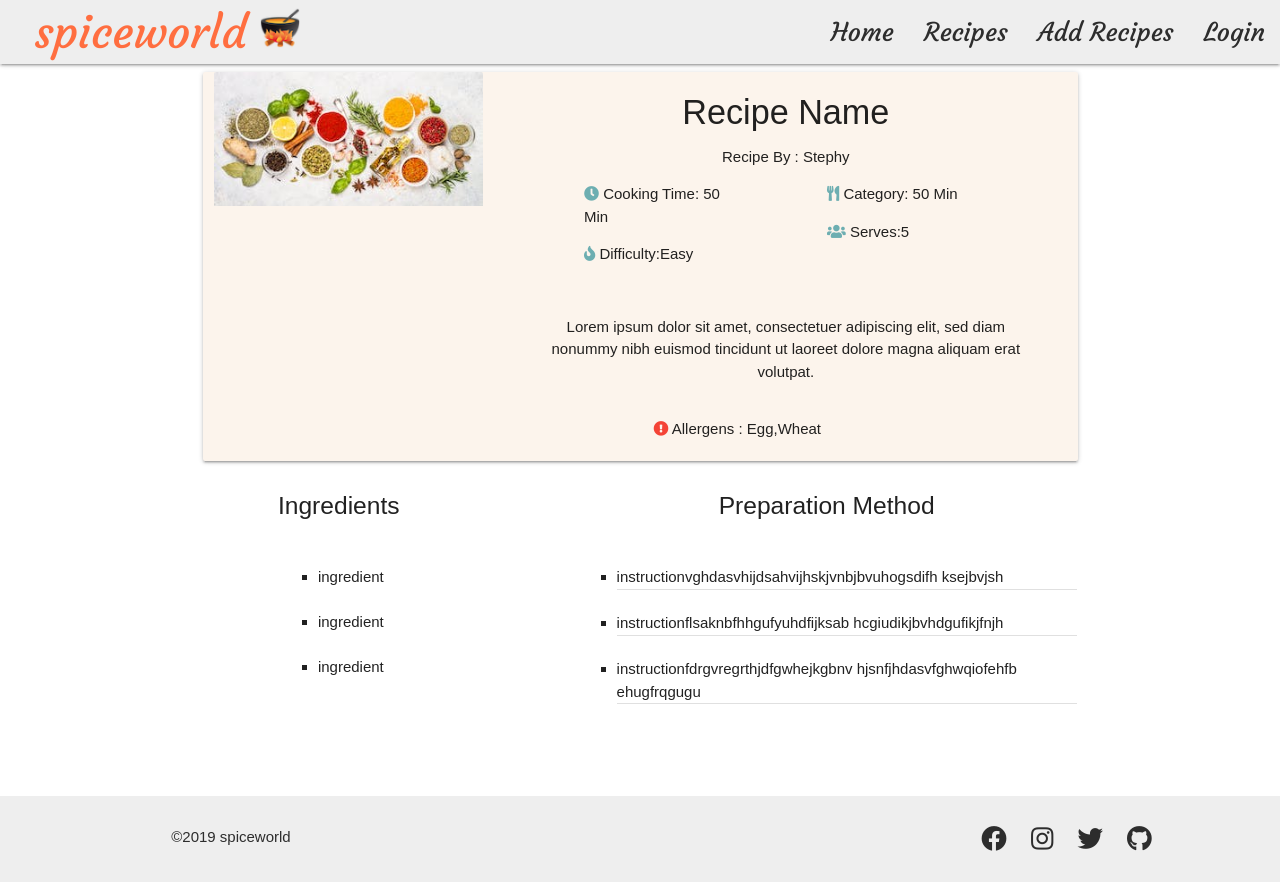
Repository: stephyraju/spiceworld
Page: http://localhost/view_recipes
The author's editor kept a record of every edit. The page is drawn from the files as they stood at one moment, then again after the next edit.
The browser window is 1280 px wide. The pictures show the whole page.
Some web libraries are served in a nearby version. The page is served by the project's application, run on Flask 3 (app.py). Queries for data that is not in the repository find no rows.

Above is the page before.

### templates/view.html
{% extends 'base.html' %} {% block content %}

<section class="section-container">
    <div class="container recipe-view">
        <div class="row card recipe-card">
            <div class="col s12 l4 center-align card-image">
                <img height="400" width="375" src="{{ url_for('static', filename='images/sidenav.png') }}" alt="recipe image" class="responsive-img materialboxed">
            </div>
            <div class="col s12 l8 center-align">
                <div class="recipe-header">
                    <h4>Recipe Name </h4>
                </div>
                <div class="author">
                    Recipe By : Stephy
                </div>
                <div class="row ">
                    <div class="col s5 offset-s1 left-align">
                        <div>
                            <p> <i class="fas fa-clock" style="color:rgb(109, 174, 177);"></i> Cooking Time: 50 Min
                            </p>
                        </div>

                        <div>
                            <p> <i class="fas fa-fire" style="color:rgb(109, 174, 177);"></i> Difficulty:Easy
                            </p>
                        </div>
                    </div>
                    <div class="col s5 left-align">
                        <div>
                            <p> <i class="fas fa-utensils" style="color:rgb(109, 174, 177);"></i> Category: 50 Min
                            </p>
                        </div>
                        <div>
                            <p> <i class="fas fa-users" style="color:rgb(109, 174, 177);"></i> Serves:5
                            </p>
                        </div>
                    </div>
                </div>
                <div class="row">
                    <div class="col s12 recipe-description">
                        <p>Lorem ipsum dolor sit amet, consectetuer adipiscing elit, sed diam nonummy nibh euismod tincidunt ut laoreet dolore magna aliquam erat volutpat.
                    </div>
                </div>
                <div class="row">
                <div class="col s10 ">
                 <i class="fas fa-exclamation-circle red-text"></i>
                 Allergens : Egg,Wheat
                </div>
                </div>
</section>
<section id="Ingredients-Preparation">
    <div class="container">
        <div class="row ">
            <!-- ingredient -->
            <div class="col s12 m4 offset-s1 offset-m1 ingredients">
                <div class="row">
                    <div class="col s12 ingredients">
                        <h5>Ingredients</h5>
                        <br>
                        <ol>
                            <li>
                                ingredient
                            </li>
                            <br>
                            <li>
                                ingredient
                            </li>
                            </br>
                            <li>
                                ingredient
                            </li>
                        </ol>
                    </div>
                </div>
            </div>
            <!-- Preparation -->
            <div class="col s12  m7 preparation">
                <div class="row">
                    <div class="col s12">
                        <h5 class="center">Preparation Method</h5>
                        <br>
                        <ol>
                            <li>
                                instructionvghdasvhijdsahvijhskjvnbjbvuhogsdifh ksejbvjsh
                            </li>
                            <div class="divider"></div>
                            <br>
                            <li class="collection-item">
                                instructionflsaknbfhhgufyuhdfijksab hcgiudikjbvhdgufikjfnjh
                            </li>
                            <div class="divider"></div>
                            <br>
                            <li class="collection-item">
                                instructionfdrgvregrthjdfgwhejkgbnv hjsnfjhdasvfghwqiofehfb ehugfrqgugu
                            </li>
                            <div class="divider"></div>
                        </ol>

                    </div>
                </div>
            </div>
        </div>
    </div>
    </div>
    </div>
</section>
<section>
    <div class="container recipe-view">
        <div class="row card recipe-card">
        </div>
    </div>
</section>
<section>
<div class="row">
<div class="col s6">
</div>
<div class="col s12">
</div>
</div>
</section>
{% endblock %}

### templates/base.html
<!DOCTYPE html>
<html lang="en">

<head>
  <meta charset="UTF-8">
  <meta name="viewport" content="width=device-width, initial-scale=1.0">
  <meta http-equiv="X-UA-Compatible" content="ie=edge">
  <title>spiceworld</title>

  <!--Import Google Icon Font-->
  <link href="https://fonts.googleapis.com/icon?family=Material+Icons" rel="stylesheet">
  <!--Font Awesome-->
  <link rel="stylesheet" href="https://use.fontawesome.com/releases/v5.8.2/css/all.css" integrity="sha384-oS3vJWv+0UjzBfQzYUhtDYW+Pj2yciDJxpsK1OYPAYjqT085Qq/1cq5FLXAZQ7Ay" crossorigin="anonymous">
  <!--Materialize CSS-->
  <link rel="stylesheet" href="https://cdnjs.cloudflare.com/ajax/libs/materialize/1.0.0/css/materialize.min.css">
  <!--CSS-->
  <link rel="stylesheet" href="{{ url_for('static', filename='css/style.css')}}" type="text/css" />

</head>

<body>

  <!--Header-->
  <header class="navbar-fixed">
    <nav>
      <div class="nav-wrapper grey lighten-3">
        <a href="#" class="brand-logo">spiceworld <img class="hide-on-med-and-down" src="{{ url_for('static', filename='images/logo.png') }}"></a>
        <a href="#" data-target="mobile-sidenav" class="sidenav-trigger"><i class="fas fa-bars"></i></a>
        <ul id="nav-mobile" class="right hide-on-med-and-down">
          <li><a href="{{ url_for('index') }}">Home</a></li>
          <li><a href="{{ url_for('get_recipes') }}">Recipes</a></li>
          <li><a href="{{ url_for('add_recipe') }}">Add Recipes</a></li>
          <li><a href="collapsible.html">Login</a></li>

        </ul>
      </div>
    </nav>
  </header>
  <!--Sidenav-->
  <ul class="sidenav" id="mobile-sidenav">
    <img class="responsive-img" src="{{ url_for('static', filename='images/sidenav.png') }}" alt="spices-image">

    <li><a class="active" href="#">Home</a></li>
    <li><a href="#!">Recipes</a></li>

    <li><a href="#">Login</a></li>
    <li><a class="waves-effect" href="#!">Third Link With Waves</a></li>
  </ul>

  <main>
    {% block content %}
    {% endblock %}
  </main>

  <footer class="page-footer grey lighten-3">

     <div class="row footer-content">
        <div class="col s5 m6">
          <div class="copyright">&copy;2019 spiceworld</div>
        </div>
        <div class="col s7 m3">
                    <a href="https://www.facebook.com/" target="_blank"><i class="fab fa-facebook social-icon"></i></a>
                    <a href="https://www.instagram.com/" target="_blank"><i class="fab fa-instagram social-icon"></i></a>
                    <a href="https://www.twitter.com/" target="_blank"><i class="fab fa-twitter social-icon"></i></a>
                    <a href="https://github.com/stephyraju" target="_blank"><i class="fab fa-github social-icon"></i></a>
        </div>

      </div>

  </footer>

  <script src="https://code.jquery.com/jquery-3.4.0.slim.js" integrity="sha256-milezx5lakrZu0OP9b2QWFy1ft/UEUK6NH1Jqz8hUhQ=" crossorigin="anonymous"></script>
  <script src="https://cdnjs.cloudflare.com/ajax/libs/materialize/1.0.0/js/materialize.min.js"></script>
  <script src="{{ url_for('static', filename='js/main.js') }}"></script>
</body>

</html>

### app.py
import os
from flask import Flask, render_template, redirect, request, url_for
from flask_pymongo import PyMongo
from bson.objectid import ObjectId

# declaring app name
app = Flask(__name__)

app.config["MONGO_DBNAME"] = 'cook_book'
app.config["MONGO_URI"] = os.getenv('MONGO_URI', 'mongodb://localhost')

mongo = PyMongo(app)

@app.route('/')
@app.route('/index')
def index():
     return render_template("index.html", recipes=mongo.db.recipes.find())

#@app.route('/get_recipes',methods=['POST','GET'])
#def get_recipes():
 #   return render_template("recipes.html", recipes=mongo.db.recipes.find())

@app.route("/get_recipes", methods=['POST', 'GET'])
def get_recipes():
    return render_template('recipes.html',
                         recipes=mongo.db.recipes.find(),
                         categories = mongo.db.categories.find())


@app.route('/add_recipe')
def add_recipe():
     return render_template("addrecipe.html",
               recipes=mongo.db.recipes.find(),
               categories = mongo.db.categories.find(),
               cuisines=mongo.db.cuisines.find(),
               difficulty=mongo.db.difficulty.find(),
               allergens=mongo.db.allergens.find())


@app.route('/insert_recipe', methods=['POST'])
def insert_recipe():
    print(request.form)
    print(request.form.getlist('ingredients[]'))
    print(request.form.to_dict())
    recipes = mongo.db.recipes
    data = request.form.to_dict()
    data.update({'ingredients':request.form.getlist('ingredients[]')})
    del data['ingredients[]']
    recipes.insert_one(data)
    return redirect(url_for('get_recipes'))

@app.route('/view_recipes', methods=['GET'])
def view_recipes():
     return render_template("view.html",
               categories=mongo.db.categories.find())


if __name__ == '__main__':
    app.run(host=os.environ.get('IP'),
            port=int(os.environ.get('PORT')),
            debug=True)

### static/css/style.css
@import url('https://fonts.googleapis.com/css?family=Courgette&display=swap');

body {
  background-color: F0F0F0;
  font-family: 'ProximaNova Regular', sans-serif;
  display: flex;
  flex-direction: column;
  min-height: 100vh;
  overflow-x: hidden;
}
.section-container {
  max-width: 100%;
  margin-left: auto;
  margin-right: auto;
  padding-left: 15px;
  padding-right: 15px;
  border-radius: 5px;
}
/* -------- Nav Bar ----------*/

nav {
     font-family: 'Courgette';
}

nav .brand-logo {
    color: #ff6e40;
    font-size: 3rem;
    font-family: 'Courgette', cursive;
    -webkit-transition: 0.2s;
    -o-transition: 0.2s;
    transition: 0.2s;
}

@media screen and (min-width: 993px){
nav .brand-logo {
    margin-left: 2.3rem;
}
}
nav ul a {
  color:#2d2d2d;
  font-size: 1.7rem;
  font-family: 'Courgette';
}
nav ul a:hover,
nav ul .active {
  color:#76c14f;
}
.fa-bars{
  color: #ff6e40;
}

/*--------Title----------*/

.title-container{
  position: relative;
  text-align: center;
  color: white;
  width:100%;
  margin-top: 20px;
}
.title-container img{
    display: block;
    width: 100%;
    height: 25vh;
    object-fit: cover;
    border-radius: 5px;
}

.intro-content{
  position: absolute;
  top: 50%;
  left: 70%;
  transform: translate(-50%, -50%);
}
/*--------Category---------*/

.catergory-container{
  font-size: 1.2rem;
  color:#2d2d2d;
  margin-top: 20px;
  background-color:#eeeeee;
  height:70px;
  margin-left: 15px;
  margin-right: 15px;
}
.catergory-container .row {
  padding-top: 20px;
}
.catergory-container a {
  color:#2d2d2d;
}
.catergory-container a :hover {
  color:#ff6e40 !important;
}

/*--------Description---------*/
.cells h4 {
  font-family: 'Muli','sans-serif';
}
.cells h5{
  color: #76c14f;
  font-size: 1.5rem;
  font-family: 'Courgette',sans-serif;
}
 p {
  padding-left: 30px;
  padding-right: 30px;
}
.content{
  margin-top: 20px;
  margin-bottom: 20px;
}
/*--------View Recipe---------*/
li {
  list-style: square;
  }
 .recipe-view .card {
   background-color: #fcf4ec;
 }
/*--------Footer---------*/

.page-footer i{
  color:#2d2d2d;
}
.page-footer i:hover{
   color:#ff6e40;
}
.page-footer {
    min-height: 45px;
}
.footer-content{
  display:flex;
  color:#2d2d2d;
}
.copyright{
  padding-top: 10px;
}
.social-icon {
  margin: 10px;
  color: white;
  font-size: 1.7rem;
}

### static/js/main.js
$(document).ready(function(){
    $('.sidenav').sidenav();
    $('.dropdown-trigger').dropdown();
    $('select').formSelect();
    $('.carousel').carousel();

  });

 var ingredientField = $(".ingredient").length;
    $("#add_ingredient").on("click", function () {
        $("select").formSelect("destroy");
        $(".new-ingredient:first").clone().insertBefore("#add_ingredient").find("input[type='text'], select, textarea").val("");
        $("select").formSelect();
        ingredientField += 1;
    });

    $("#remove_ingredient").on("click", function () {
        if (ingredientField > 1) {
            /* only remove the :last item */
            $(this).siblings(".new-ingredient:last").remove();
            /* ensure original ingredient line never gets deleted */
            ingredientField-= 1;
        }
    });


var methodField = $(".method").length;
    /* add new cloned item */
    $("#add-method").on("click", function () {
        /* clone and remove existing values */
        $(".new-step:first").clone().insertBefore("#add-method").find("input[type='text'], select, textarea").val("");
        /* increase counter so original direction is never removed */
        methodField += 1;
    });
    /* delete last cloned item */
    $("#remove-method").on("click", function () {
        if ( methodField > 1) {
            /* only remove the :last item */
            $(this).siblings(".new-step:last").remove();
            /* ensure original direction line never gets deleted */
            methodField -= 1;
        }
    });

After the next edit:
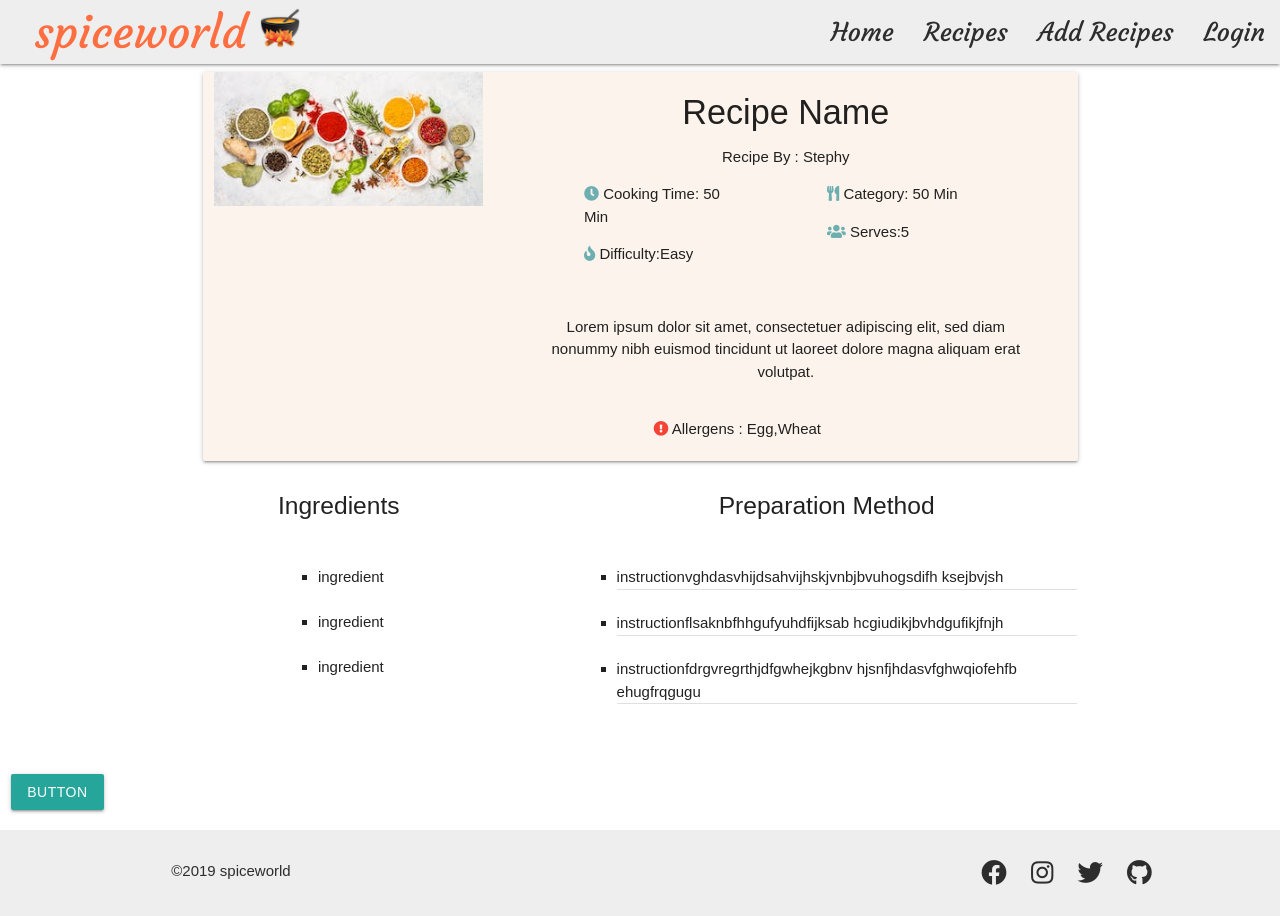
The edit:
--- a/templates/view.html
+++ b/templates/view.html
@@ -113,8 +113,9 @@
 <section>
 <div class="row">
 <div class="col s6">
+<a class="waves-effect waves-light btn">button</a>
 </div>
-<div class="col s12">
+<div class="col s6">
 </div>
 </div>
 </section>
